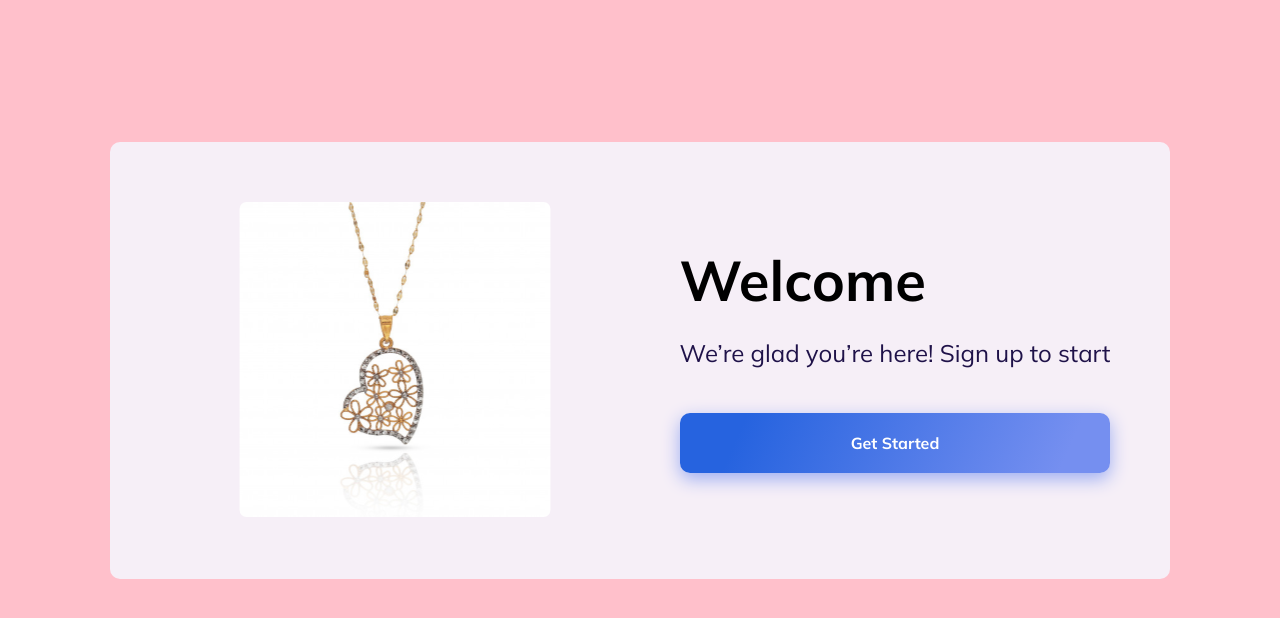
Repository: codezeloss/Valinteca-task
Page: succeed.html
The author's editor kept a copy of each file at every save. The page is drawn from the files as they stood at one save, then again after the next save.
The browser window is 1280 px wide. The pictures show the whole page.

Above is the page before, as saved 2022-12-09 20:56:10.

### succeed.html
<!DOCTYPE html>
<html lang="en">
  <head>
    <meta charset="UTF-8" />
    <meta http-equiv="X-UA-Compatible" content="IE=edge" />
    <meta name="viewport" content="width=device-width, initial-scale=1.0" />

    <link rel="preconnect" href="https://fonts.googleapis.com" />
    <link rel="preconnect" href="https://fonts.gstatic.com" crossorigin />
    <link
      href="https://fonts.googleapis.com/css2?family=Mulish:wght@400;700;800&display=swap"
      rel="stylesheet"
    />

    <link rel="stylesheet" href="css/styles.css" />
    <link rel="stylesheet" href="css/welcome-page.css" />

    <title>Succeed page</title>
  </head>

  <body>
    <div class="container">
      <div class="box-container">
        <div>
          <img
            class="welcome-img"
            src="./images/desktop/succeed-image-desktop.svg"
            alt="image"
          />
        </div>
        <div>
          <h1 class="heading heading-primary">Welcome</h1>
          <p class="text">We’re glad you’re here! Sign up to start</p>
          <button class="btn">Get Started</button>
        </div>
      </div>
    </div>
  </body>
</html>

### css/styles.css
* {
  margin: 0;
  padding: 0;
  box-sizing: border-box;
}

html {
  font-size: 62.5%;
}

body {
  font-family: sans-serif;
  color: #000;
}

.container {
  display: flex;
  justify-content: center;
  align-items: center;
  height: 100vh;
  background-color: pink;
}

.box-container {
  max-width: 1080px;
  display: flex;
  flex-direction: row;
  gap: 60px;
  align-items: center;
  margin: 0 auto;
  background: rgba(245, 247, 255, 0.85);
  border-radius: 10px;
  padding: 60px;
}

.heading {
  font-family: "Mulish", sans-serif;
  font-style: normal;
  font-weight: 700;
  line-height: 120%;
  margin-bottom: 20px;
}

.heading-primary {
  font-size: 56px;
}

.heading-secondary {
  font-size: 42px;
}

.text {
  font-family: "Mulish", sans-serif;
  font-style: normal;
  font-weight: 400;
  font-size: 24px;
  color: #1f1249;
  margin-bottom: 40px;
  line-height: 160%;
}

.btn {
  width: 100%;
  height: 60px;
  font-family: "Mulish";
  font-style: normal;
  font-weight: 700;
  font-size: 16px;
  border: none;
  cursor: pointer;
  background: linear-gradient(113.87deg, #2663df 14.81%, #758ff0 88.76%);
  box-shadow: 0px 6px 18px #9cadf2;
  border-radius: 10px;
  color: #ffffff;
}

### css/welcome-page.css
.welcome-img {
  width: 450px;
  height: 315px;
  border-radius: 10px;
}

After the next save:
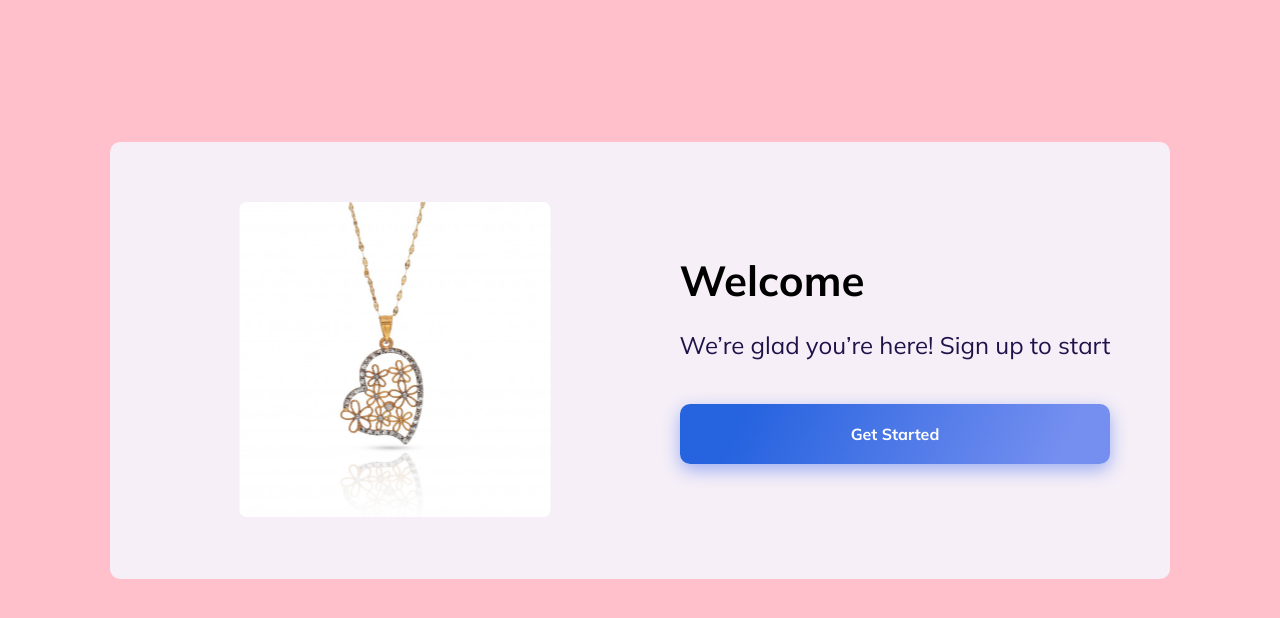
Saved 33 s later.
--- a/succeed.html
+++ b/succeed.html
@@ -29,7 +29,7 @@
           />
         </div>
         <div>
-          <h1 class="heading heading-primary">Welcome</h1>
+          <h1 class="heading heading-secondary">Welcome</h1>
           <p class="text">We’re glad you’re here! Sign up to start</p>
           <button class="btn">Get Started</button>
         </div>
